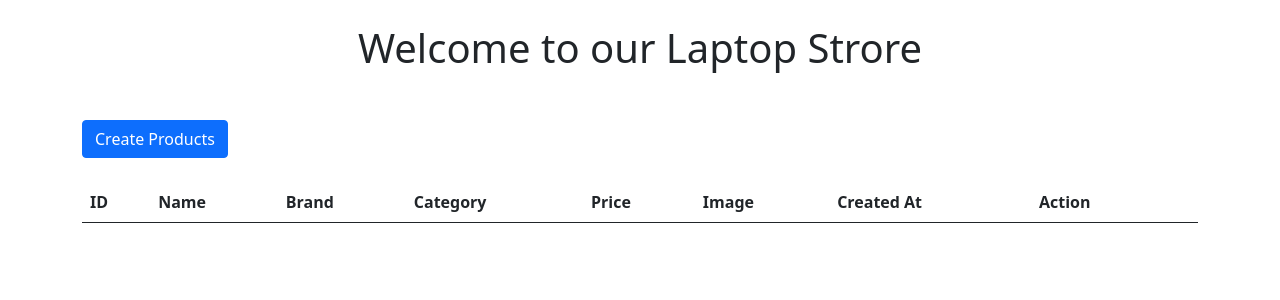
Repository: SulemanBhasha/Crud-App-By-SpringBoot
Page: http://localhost/Products/index
The author's editor kept a copy of each file at every save. The page is drawn from the files as they stood at one save, then again after the next save.
The browser window is 1280 px wide. The pictures show the whole page.
The page is this project's Thymeleaf template; nobody is signed in. The template is opened directly, without the code that normally fills it, so the values that code supplies are empty.

Above is the page before, as saved 2024-04-22 19:43:12.

After the next save:
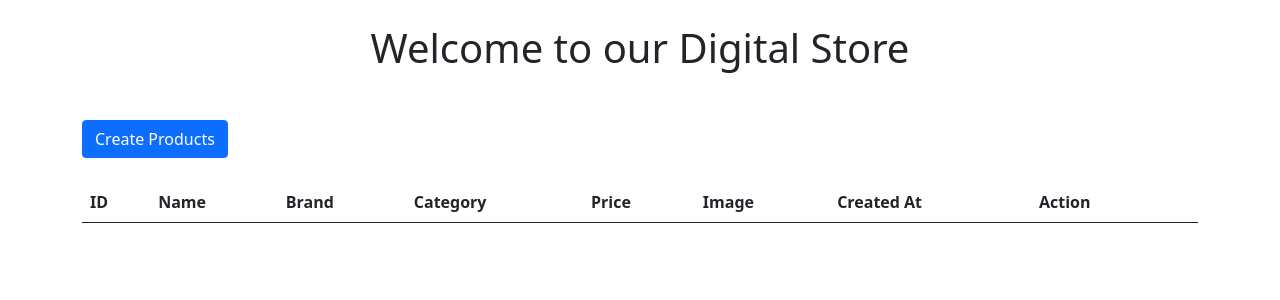
Saved 20 h 32 min later.
--- a/LaptopStore/bestlaptopstore/src/main/resources/templates/Products/index.html
+++ b/LaptopStore/bestlaptopstore/src/main/resources/templates/Products/index.html
@@ -13,7 +13,7 @@
   <body>
 
  	<div class="container">
-		 <h1 class="text-center my-4 " >Welcome to our Laptop Strore</h1>
+		 <h1 class="text-center my-4 " >Welcome to our Digital Store</h1>
 		 <a href="/products/create" class="btn btn-primary my-4"> Create Products</a>
 
 		 <table class="table">
